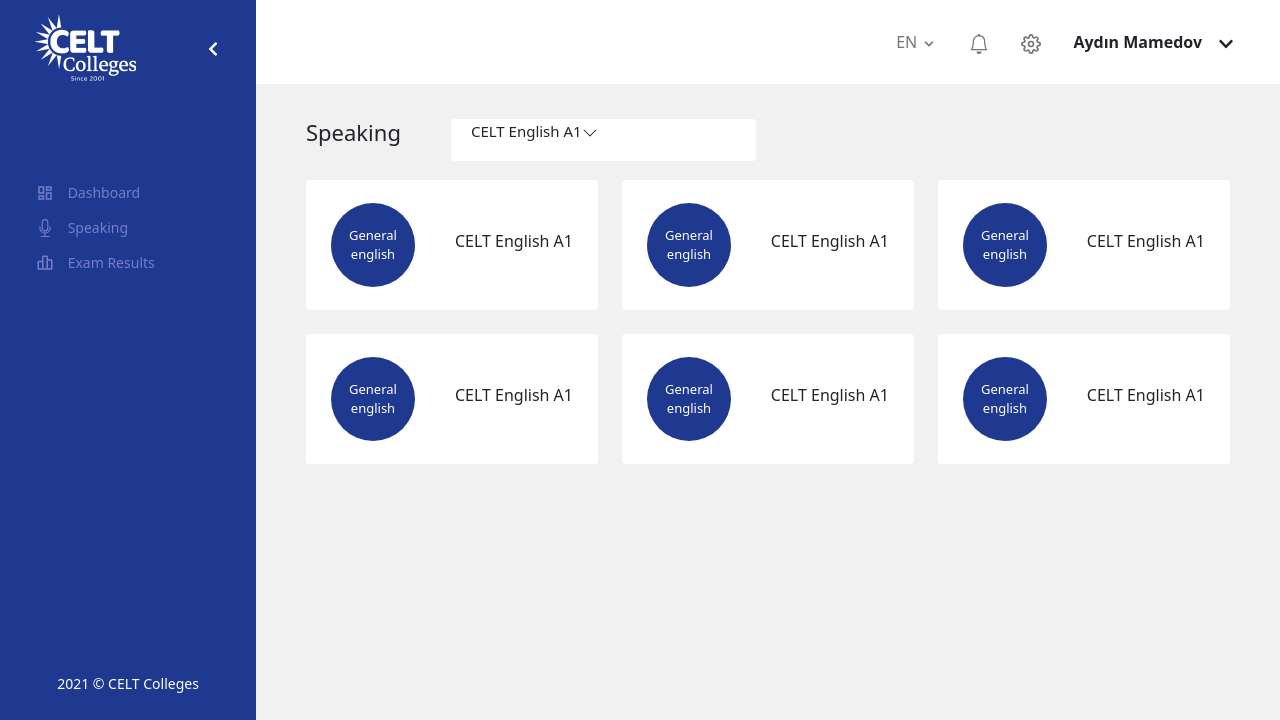
Repository: aydinws/celtapp
Page: /speaking
An editor plug-in stored every save of this project. The page is shown before and after the next save, followed by the edit.
The browser window is 1280 px wide. The pictures show the whole page.
The project was rebuilt for these pictures with package versions that can differ from the ones it lists, and the page was loaded fresh each time. Also part of the build but not shown: src/pages/Dashboard/index.js, src/pages/ExamResults/index.scss, src/components/Table/index.scss, src/components/Pagination/index.scss, src/components/Pagination/index.js, src/components/Table/index.js, src/pages/ExamResults/index.js.

Above is the page before, as saved 2021-06-10 00:17:46.

### src/App.js
import React from 'react';

// files
import './assets/css/app.scss';

// pages
import Dashboard from './pages/Dashboard';
import ExamResults from './pages/ExamResults';
import Speakings from './pages/Speakings';

// npm modules
import 'bootstrap/dist/css/bootstrap.css';
import { BrowserRouter as Router, Switch, Route } from "react-router-dom";


function App() {
  return (
    <Router>
      <Switch>
        <Route path="/" exact component={Dashboard} />
        <Route path="/speaking" exact component={Speakings} />
        <Route path="/examresults" exact component={ExamResults} />
      </Switch>
    </Router>
  );
}

export default App;

### src/assets/css/app.scss
@import 'code';

* {
    padding: 0;
    margin: 0;
    list-style: none;
    text-decoration: none;
    outline: none;
}

body {
    height: 100%;
    background-color: $bgColor !important;
}

.app {
    height: 100%;
    display: flex;

    .content {
        height: 100vh;
        flex: 1;
    }
}

.section {
    margin: 35px 50px;

    @media screen and (max-width:481px) {
        margin: 35px 20px;
    }

    .content-body-head {

        h3 {
            font-size: 22px;
            margin: 0 0 35px;
        }

        .search-input {
            width: 278px;
            height: 42px;
            border-radius: 4px;
            overflow: hidden;
            float: right;

            @media screen and (max-width:768px) {
                margin: 0 0 20px;
                width: 100%;
            }

            input {
                width: 236px;
                height: 42px;
                padding: 0 0 0 20px;
                border: 1px solid #FFFFFF;
                background-color: #FFFFFF;
                font-size: 15px;

                @media screen and (max-width:768px) {
                    width: calc(100% - 42px);
                }
            }

            input::placeholder {
                font-weight: 500;
            }

            svg {
                fill: $grayColor;
                padding: 12px;
                width: 42px;
                height: 42px;
                background-color: #FFFFFF;
                margin: 0 0 4px;
            }
        }
    }
}

.orange { fill: $orangeColor; color: $orangeColor !important; }
.red { fill: $redColor; color: $redColor !important; }
.green { fill: $greenColor; color: $greenColor !important; }
.c-pointer { cursor: pointer; }

### src/pages/Speakings/index.js
import React, { useState } from 'react';
import './index.scss';

// components
import Sidebar from '../../components/SideBar';
import TopBar from '../../components/TopBar';

//icons
import { BsChevronDown } from "react-icons/bs";

function Speaking() {

    const [visible, setVisible] = useState(true);

    const openCloseMenu = () => {
        setVisible(!visible);
    }
    return (
        <div className="app">
            {visible && <Sidebar openCloseMenu={openCloseMenu} />}

            <div className="content">
                <TopBar openCloseMenu={openCloseMenu} />

                <div className="section">
                    <div className="content-body-head">
                        <div className="row">
                            <div className="col-12 col-md-6 d-flex">
                                <h3>Speaking</h3>
                                <div className="select-option">
                                    <div className="select-option-btn">
                                        <span>CELT English A1</span>
                                        <BsChevronDown />
                                    </div>
                                    <div className="select-option-items">

                                    </div>
                                </div>
                            </div>
                        </div>
                    </div>
                    <div className="content-body">
                        <div className="row">
                            <div className="col-12 col-md-6 col-lg-4 mb-4">
                                <div className="card card--speaking">
                                    <div className="card-circle">
                                        <p>General english</p>
                                    </div>
                                    <h6>CELT English A1</h6>
                                </div>
                            </div>
                            <div className="col-12 col-md-6 col-lg-4 mb-4">
                                <div className="card card--speaking">
                                    <div className="card-circle">
                                        <p>General english</p>
                                    </div>
                                    <h6>CELT English A1</h6>
                                </div>
                            </div>
                            <div className="col-12 col-md-6 col-lg-4 mb-4">
                                <div className="card card--speaking">
                                    <div className="card-circle">
                                        <p>General english</p>
                                    </div>
                                    <h6>CELT English A1</h6>
                                </div>
                            </div>
                            <div className="col-12 col-md-6 col-lg-4 mb-4">
                                <div className="card card--speaking">
                                    <div className="card-circle">
                                        <p>General english</p>
                                    </div>
                                    <h6>CELT English A1</h6>
                                </div>
                            </div>
                            <div className="col-12 col-md-6 col-lg-4 mb-4">
                                <div className="card card--speaking">
                                    <div className="card-circle">
                                        <p>General english</p>
                                    </div>
                                    <h6>CELT English A1</h6>
                                </div>
                            </div>
                            <div className="col-12 col-md-6 col-lg-4 mb-4">
                                <div className="card card--speaking">
                                    <div className="card-circle">
                                        <p>General english</p>
                                    </div>
                                    <h6>CELT English A1</h6>
                                </div>
                            </div>
                        </div>
                    </div>
                </div>
            </div>
        </div>
    );
}

export default Speaking;

### src/assets/css/code.scss
$bgColor: #F1F1F1;
$mainBlue: #1E398F;
$blueTextColor: #757ECB;
$orangeColor: #EE7100;
$redColor: #C10000;
$greenColor: #009F3F;
$grayColor: #767676;

### src/pages/Dashboard/index.scss
@import '../../assets/css/code.scss';
@import '../../assets/css/custom.scss';

.anime-h {
    height: 66px;
}

.content-body {
    .card {
        border-radius: 4px;
        padding: 23px 25px;
        overflow: hidden;

        &--dashboard {
            width: 100%;
            height: 100%;
            position: relative;
        }

        .card-header {
            border-bottom: 0.5px solid #DEDEDE;
            background-color: #FFFFFF;
            padding: 0;
            display: flex;
            justify-content: space-between;

            svg {
                fill: $orangeColor;
                width: 22px;
                height: 22px;
            }

            h4 {
                font-size: 18px;
                margin: 0 0 20px;
                padding: 0;
                cursor: pointer;
            }
        }

        ul {
            padding: 0;
        }

        ul li {
            margin-top: 25px;
        }

        ul li h4 {
            font-size: 15px;
            text-transform: uppercase;
            padding: 0;
        }

        ul li p {
            font-size: 12px;
            color: #878787;
        }

        label {
            display: flex;
            align-items: center;
            position: relative;
            cursor: pointer;
        }

        label {
            div {
                font-size: 15px;
                text-transform: uppercase;
                padding: 0;
                margin: 0 30px;
                font-weight: 500;
            }
        }

        a {
            color: $mainBlue;
            text-decoration: none;
            font-size: 13px;
            position: absolute;
            right: 0;
            bottom: 0;
            margin: 25px;
            font-weight: bold;
        }

        svg {
            fill: $mainBlue;
            width: 7px;
            padding: 0 0 2px;
        }
    }
}

### src/components/SideBar/index.js
import React from 'react';
import './index.scss';

// npm modules
import { Link } from "react-router-dom";

// icons
import { FaChevronLeft } from "react-icons/fa";
import { BsMic } from "react-icons/bs";
import { RiDashboardLine } from "react-icons/ri";
import { BiBarChartAlt2 } from "react-icons/bi";

// images
import Logo from '../../assets/images/logo.png';

function Sidebar({ openCloseMenu }) {
    return (
        <div className="side-bar">
            <div className="side-bar-content">
                <div className="side-bar-content-header">
                    <img src={Logo} alt="Logo" />
                    <FaChevronLeft onClick={openCloseMenu} />
                </div>
                <div className="side-bar-content-body">
                    <ul>
                        <li>
                            <Link to="/"><RiDashboardLine /> Dashboard</Link>
                        </li>
                        <li>
                            <Link to="/speaking"><BsMic /> Speaking</Link>
                        </li>
                        <li>
                            <Link to="/examresults"><BiBarChartAlt2 /> Exam Results</Link>
                        </li>
                    </ul>
                </div>
                <p>2021 © CELT Colleges</p>
            </div>
        </div>
    );
}

export default Sidebar;

### src/components/TopBar/index.js
import React from 'react';
import './index.scss';

// icons
import { FaChevronDown } from "react-icons/fa";
import { BsBell } from "react-icons/bs";
import { FiSettings } from "react-icons/fi";
import { GoThreeBars } from "react-icons/go";

// images
import Avatar from '../../assets/images/avatar.png';
import Logo from '../../assets/images/logo.png';

function TopBar({ openCloseMenu }) {
    return (
        <div className="top-bar">
            <img src={Logo} alt="Logo" />
            <ul>
                <li>
                    <span>EN <FaChevronDown /></span>
                </li>
                <li>
                    <BsBell />
                </li>
                <li>
                    <FiSettings onClick={openCloseMenu} />
                </li>
                <li>
                    <img src={Avatar} alt="Avatar" />
                    <span>Aydın Mamedov</span>
                    <FaChevronDown />
                </li>
                <li>
                    <GoThreeBars onClick={openCloseMenu} />
                </li>
            </ul>
        </div>
    );
}

export default TopBar;

### src/pages/Speakings/index.scss
@import '../../assets/css/code.scss';
@import '../../assets/css/custom.scss';

.anime-h {
    height: 64px;
}

.content-body {
    .card {
        border-radius: 4px;
        padding: 23px 25px;
        overflow: hidden;

        &--speaking {
            border: 0;
            flex-direction: row;
            justify-content: space-between;
            align-items: center;
            cursor: pointer;
        }

        .card-circle {
            width: 84px;
            height: 84px;
            background-color: $mainBlue;
            color: #FFFFFF;
            border-radius: 50%;
            text-align: center;
            display: flex;
            align-items: center;

            p {
                font-size: 13px;
                margin: 0;
            }

            h6 {
                font-size: 17px;
            }
        }
    }
}

.select-option {
    width: 100%;
    height: 42px;
    background-color: #FFFFFF;
    border-radius: 4px;
    overflow: hidden;
    display: flex;
    justify-content: space-between;
    align-items: center;
    padding: 0 5px 0 20px;
    margin: 0 0 0 50px;
    position: relative;

    .select-option-btn {
        cursor: pointer;
        width: 100%;
        height: 42px;
    }

    &:hover {
        background-color: #F9F9F9;
    }

    span {
        font-weight: 500;
        font-size: 15px;
    }

    svg {
        margin-right: 10px;
    }

    .select-option-items {
        position: absolute;
        width: 100%;
        height: auto;
        min-height: 42px;
        left: 0;
        top: 42px;
    }
}

### src/assets/css/custom.scss
.custom-checkbox {
    position: absolute;
    opacity: 0;
    height: 0;
    width: 0;
}

.checkmark {
    position: absolute;
    top: 2px;
    left: 0;
    height: 18px;
    width: 18px;
    background-color: #eee;
    cursor: pointer;
    border-radius: 2px;
}

.custom-checkbox:hover input ~ .checkmark {
    background-color: #ccc;
}

.custom-checkbox:checked ~ .checkmark {
    background-color: $mainBlue;
}

.checkmark:after {
    content: "";
    position: absolute;
    display: none;
}

.custom-checkbox:checked ~ .checkmark:after {
    display: block;
}

.checkmark:after {
    left: 7px;
    top: 4px;
    width: 4px;
    height: 8px;
    border: solid white;
    border-width: 0 2px 2px 0;
    -webkit-transform: rotate(45deg);
    -ms-transform: rotate(45deg);
    transform: rotate(45deg);
}

.custom-radio {
    position: absolute;
    opacity: 0;
    height: 0;
    width: 0;
}

.radiomark {
    position: absolute;
    top: 2px;
    left: 0;
    height: 18px;
    width: 18px;
    background-color: #eee;
    cursor: pointer;
    border-radius: 50%;
}

.custom-radio input ~ .radiomark {
    background-color: #ccc;
}

.custom-radio:checked ~ .radiomark {
    background-color: $mainBlue;
}

.radiomark:after {
    content: "";
    position: absolute;
    display: none;
}

.custom-radio:checked ~ .radiomark:after {
    display: block;
}


.radiomark:after {
    top: 6px;
	left: 6px;
	width: 6px;
	height: 6px;
	border-radius: 50%;
	background: white;
}

### src/components/SideBar/index.scss
@import '../../assets/css/code.scss';

.side-bar {
    width: 256px;

    @media screen and (max-width:1024px) {
        position: fixed;
        z-index: 10;
    }

    .side-bar-content {
        width: 256px;
        height: 100%;
        position: fixed;
        z-index: 10;
        background-color: $mainBlue;

        p {
            width: 100%;
            text-align: center;
            position: absolute;
            bottom: 10px;
            color: #FFFFFF;
            font-size: 14px;
        }
    }

    .side-bar-content-header {
        display: flex;
        justify-content: space-between;
        padding: 14px 35px;
        align-items: center;

        svg {
            fill: #FFFFFF;
            cursor: pointer;
        }
    }

    .side-bar-content-body {
        ul {
            padding: 0;
            width: 100%;
            margin-top: 83px;
        }

        li {
            padding: 0 33px;
            margin: 10px 0;
            transition: border-left 200ms;
            border-left: 3px solid transparent;

            svg {
                width: 18px;
                height: 18px;
                fill: $blueTextColor;
                margin-right: 10px;
                margin-bottom: 3.5px;
                transition: fill 400ms;
            }

            a {
                font-size: 14px;
                color: $blueTextColor;
                text-decoration: none;
                transition: color 400ms;
            }

            &:hover {
                border-left: 3px solid #FFFFFF;
            }

            &:hover svg {
                fill: #FFFFFF;
            }

            &:hover a {
                color: #FFFFFF;
            }
        }
    }
}

### src/components/TopBar/index.scss
@import '../../assets/css/code.scss';

.top-bar {
    background-color: #FFFFFF;
    flex: 1;
    height: 84px;
    align-items: center;
    justify-content: space-between;
    z-index: 9;

    img {
        display: none;
    }

    @media screen and (max-width:1024px) {
        display: flex;
        background-color: $mainBlue;
        height: 69px;
        overflow: hidden;

        img {
            width: 69px;
            height: 47px;
            display: block;
            margin: 11px 20px;
        }
    }

    ul {
        display: flex;
        justify-content: flex-end;
        height: 84px;
        align-items: center;
        margin-right: 30px;

        @media screen and (max-width:1024px) {
            margin-right: 15px;
        }

        li {
            cursor: pointer;
            margin: 24px 16px;

            @media screen and (max-width:1024px) {
                margin: 17px 15px 0 0;
            }

            &:nth-child(1) span {
                color: $grayColor;
                @media screen and (max-width:1024px) {
                    color: #FFFFFF;
                }

                svg {
                    height: 10px;
                }
            }

            &:nth-child(2) {
                svg {
                    fill: $grayColor;
                    width: 20px;
                    height: 20px;

                    @media screen and (max-width:1024px) {
                        fill: #FFFFFF;
                    }
                }
            }

            &:nth-child(3) {
                svg {
                    stroke: $grayColor;
                    width: 20px;
                    height: 20px;
                }
            }

            &:nth-child(4) {
                img, span {
                    margin-right: 16px;
                }

                span {
                    font-weight: 600;
                }
            }

            &:nth-child(5) {
                @media screen and (min-width:1024px) {
                    display: none;
                }
                svg {
                    fill: $grayColor;
                    width: 20px;
                    height: 20px;
                    @media screen and (max-width:1024px) {
                        fill: #FFFFFF;
                    }
                }
            }

            @media screen and (max-width:1024px) {
                &:nth-child(3), &:nth-child(4) {
                    display: none;
                }
            }
        }
    }
}

Loaded but not shown: public/index.html (common file); src/index.js (common file)

After the next save:
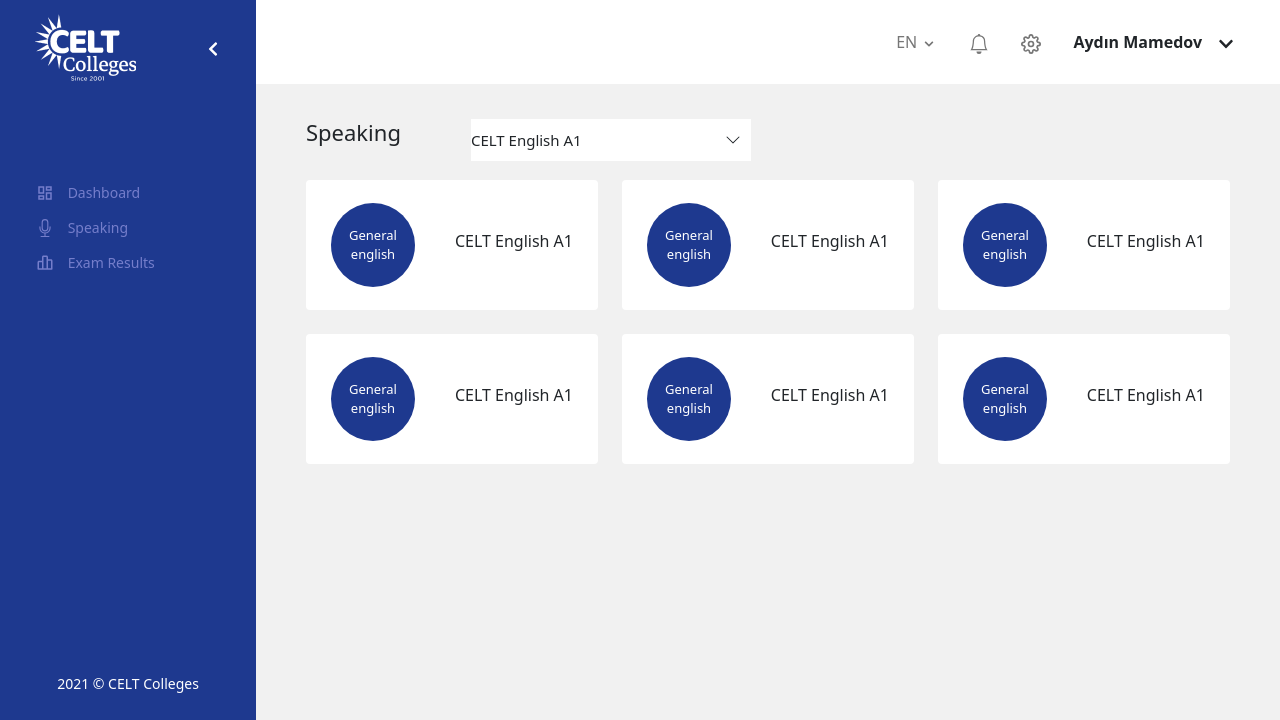
Saved 33 s later.
--- a/src/pages/Speakings/index.scss
+++ b/src/pages/Speakings/index.scss
@@ -44,12 +44,7 @@
 .select-option {
     width: 100%;
     height: 42px;
-    background-color: #FFFFFF;
     border-radius: 4px;
-    overflow: hidden;
-    display: flex;
-    justify-content: space-between;
-    align-items: center;
     padding: 0 5px 0 20px;
     margin: 0 0 0 50px;
     position: relative;
@@ -58,6 +53,10 @@
         cursor: pointer;
         width: 100%;
         height: 42px;
+        background-color: #FFFFFF;
+        display: flex;
+        justify-content: space-between;
+        align-items: center;
     }
 
     &:hover {
